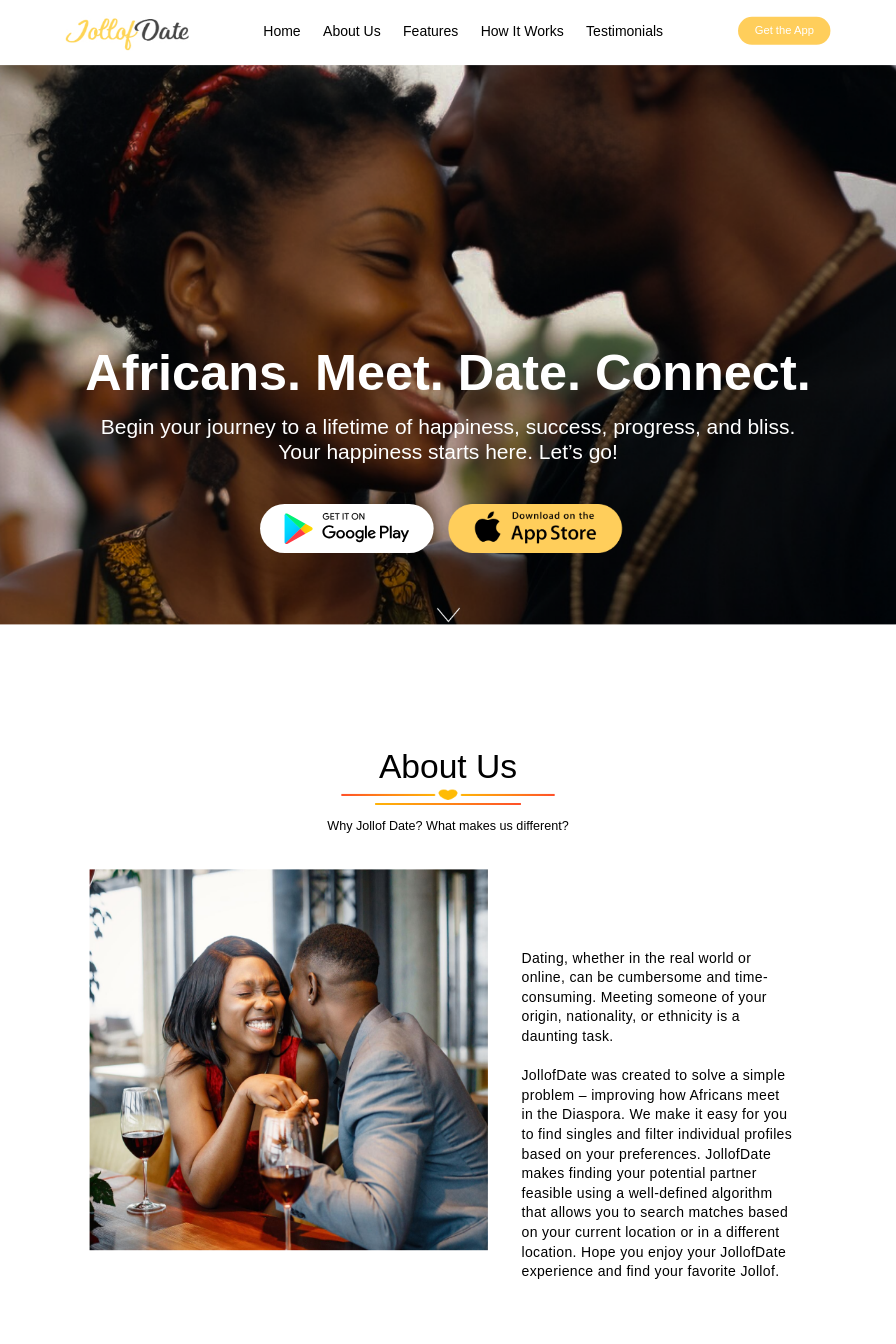
Repository: FarhanNasiru/jollofdate-frontend
Page: /
An editor plug-in stored every save of this project. The page is shown before and after the next save, followed by the edit.
The browser window is 1280 px wide. The pictures show the part of the page from y = 0 to 1920 px (the page is 7400 px tall before and 7120 px after), at 70% of full size.
Some web fonts or font styles are not loaded; a fallback is used. The project was rebuilt for these pictures with package versions that can differ from the ones it lists, and the page was loaded fresh each time. Also part of the build but not shown: vite.config.js, src/Pages/Footer2.jsx, src/components/Header2.jsx, src/Pages/privacy.jsx, src/Pages/Term.jsx.

Above is the page before, as saved 2024-08-20 17:38:37.

After the next save:
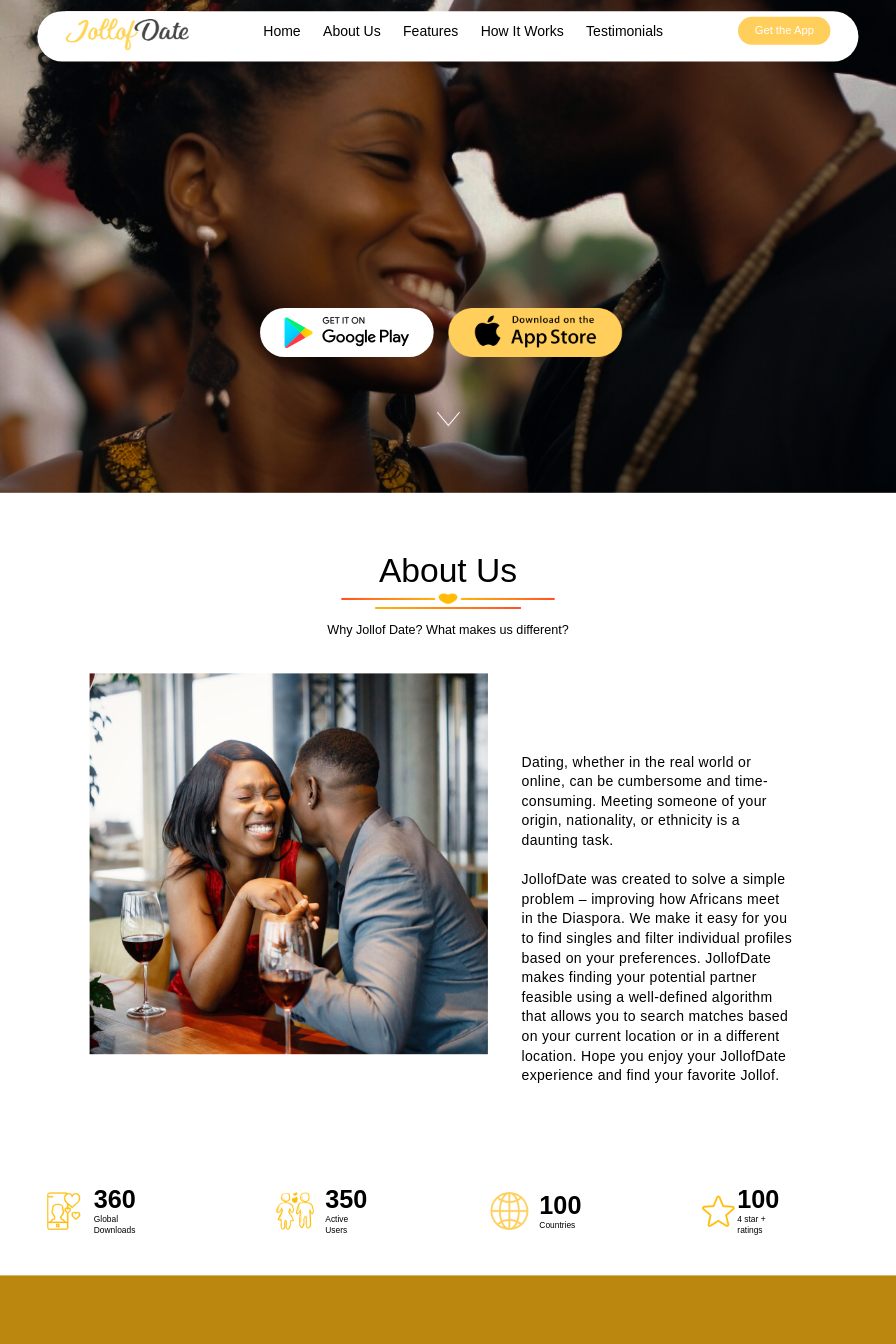
Saved 4 min 30 s later.
--- a/src/Pages/Home.jsx
+++ b/src/Pages/Home.jsx
@@ -16,14 +16,7 @@
         id="home"
         className="pl-8 pr-8 justify-center bg-center bg-no-repeat items-center max-h-max w-full lg:pt-96 lg:pb-9 bg-[url('/Images/Home-bg.png')] "
       >
-        <h1 className="  text-wrap text-white text-7xl md:text-7xl  font-medium md:font-semibold text-center pt-28 pb-6 h-auto">
-          Africans. Meet. Date. Connect.{" "}
-        </h1>
-        <p className=" text-2xl px-6 text-center text-white font-normal md:text-3xl">
-          Begin your journey to a lifetime of happiness, success, progress, and
-          bliss.
-          <br /> Your happiness starts here. Let’s go!
-        </p>
+        <div></div>
         <div className=" flex justify-center pt-12 flex-wrap pb-16">
           <a
             href="#"

After the save that followed:
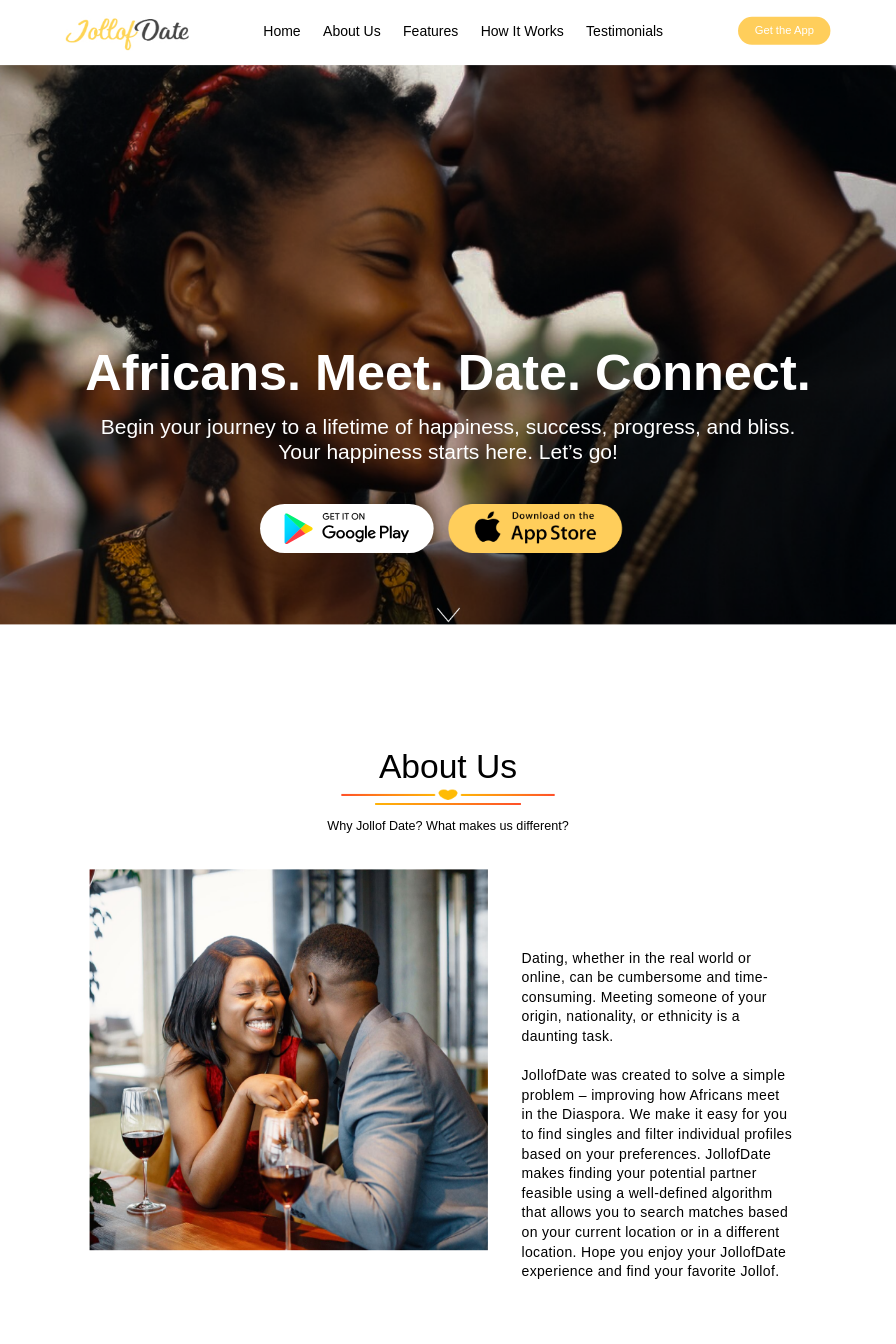
Saved 64 s later.
--- a/src/Pages/Home.jsx
+++ b/src/Pages/Home.jsx
@@ -16,7 +16,16 @@
         id="home"
         className="pl-8 pr-8 justify-center bg-center bg-no-repeat items-center max-h-max w-full lg:pt-96 lg:pb-9 bg-[url('/Images/Home-bg.png')] "
       >
-        <div></div>
+        <div>
+          <h1 className="  text-wrap text-white text-7xl md:text-7xl  font-medium md:font-semibold text-center pt-28 pb-6 h-auto">
+            Africans. Meet. Date. Connect.{" "}
+          </h1>
+          <p className=" text-2xl px-6 text-center text-white font-normal md:text-3xl">
+            Begin your journey to a lifetime of happiness, success, progress,
+            and bliss.
+            <br /> Your happiness starts here. Let’s go!
+          </p>
+        </div>
         <div className=" flex justify-center pt-12 flex-wrap pb-16">
           <a
             href="#"
